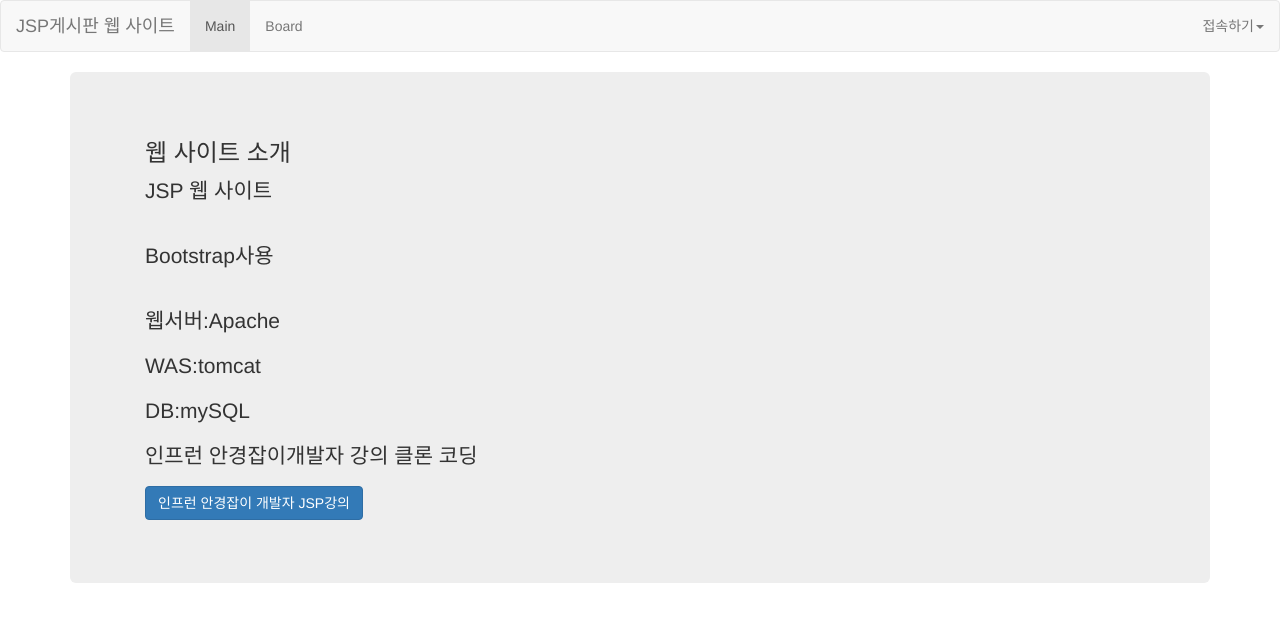
Repository: kwonsye/JSP_Board
Page: http://localhost/BBS/main.jsp
These files come from the project's save history. The page is drawn as it stood at one moment and after the next save; the edit follows.
The browser window is 1280 px wide. The pictures show the whole page.
Some web libraries are served in a nearby version. The page is served by Tomcat 9. Other server files are loaded and not shown.

Above is the page before, as saved 2019-01-06 15:55:48.

### projects/BBS/WebContent/main.jsp
<%@ page language="java" contentType="text/html; charset=UTF-8"
    pageEncoding="UTF-8"%>
<%@ page import="java.io.PrintWriter" %>
<!DOCTYPE html>
<html>
<head>
<meta http-equiv="Content-Type" content="text/html; charset=UTF-8">
<!-- Bootstrap참조하는 부분 -->
<meta name="viewport" content="width=device-width" initial-scale="1">
<link rel="stylesheet" href="css/bootstrap.css">
<title>메인 페이지 테스트</title>
</head>
<body>

	<%
		//로그인이 된 사람이라면
		String userID = null;
		if(session.getAttribute("userID") != null){
			userID = (String) session.getAttribute("userID");
		}
	%>
	<!-- 자바스크립트 파일 추가 -->
	<script src="https://code.jquery.com/jquery-3.1.1.min.js"></script>
	<script src="js/bootstrap.js"></script>
	<!-- 네비게이션 메뉴바 달기 -->
	<nav class="navbar navbar-default">
		<div class="navbar-header">
			<button type="button" class="navbar-toggle collapsed"
				data-toggle="collapse" data-target="#bs-example-navbar-collapse-1"
				aria-expanded="false">
				<span class="icon-bar"></span>
				<span class="icon-bar"></span>
				<span class="icon-bar"></span>
			</button>
			<a class="navbar-brand" href="main.jsp">JSP게시판 웹 사이트</a>
		</div>
		<div class="collapse navbar-collapse" id="bs-example-navbar-collapse-1">
			<ul class="nav navbar-nav">
				<li class="active"><a href="main.jsp">Main</a></li>
				<li><a href="bbs.jsp">Board</a></li>
			</ul>
			<%
				//로그인이 된 상태가 아닐 떄만 접속하기가 보이게 한다.
				if(userID == null){
			%>
			<ul class="nav navbar-nav navbar-right">
				<li class="dropdown">
					<a href="#" class="dropdown-toggle" data-toggle="dropdown" role="button" aria-haspopup="true"
						aria-expanded="false">접속하기<span class="caret"></span></a>
					<ul class="dropdown-menu">
						<li><a href="login.jsp">로그인</a></li>
						<li><a href="join.jsp">회원가입</a></li>
					</ul>
				</li>
			</ul>
			<%
			//로그인이 된 사람만 볼 수 있는 화면
				}else{
			%>
			<ul class="nav navbar-nav navbar-right">
				<li class="dropdown">
					<a href="#" class="dropdown-toggle" data-toggle="dropdown" role="button" aria-haspopup="true"
						aria-expanded="false">회원관리<span class="caret"></span></a>
					<ul class="dropdown-menu">
						<li><a href="logoutAction.jsp">로그아웃</a></li>
					</ul>
				</li>
			</ul>
			<%
				}
			%>

		</div>
	</nav>

	<!-- 웹사이트를 소개하는 부분 -->
	<div class="container">
		<div class="jumbotron">
			<div class="container">
				<h3>웹 사이트 소개</h3>
				<p>JSP 웹 사이트</p><br>
				<p>Bootstrap사용</p><br>
				<p>웹서버:Apache</p>
				<p>WAS:tomcat</p>
				<p>DB:mySQL</p>
				<p>인프런 안경잡이개발자 강의 클론 코딩</p>
				<p><a class="btn btn-primary btn-pull" href="https://www.inflearn.com/course/jsp-게시판" role="button">인프런 안경잡이 개발자 JSP강의</a></p>

			</div>
		</div>
	</div>

</body>
</html>

Loaded but not shown: projects/BBS/WebContent/css/bootstrap.css (library); projects/BBS/WebContent/js/bootstrap.js (library)

After the next save:
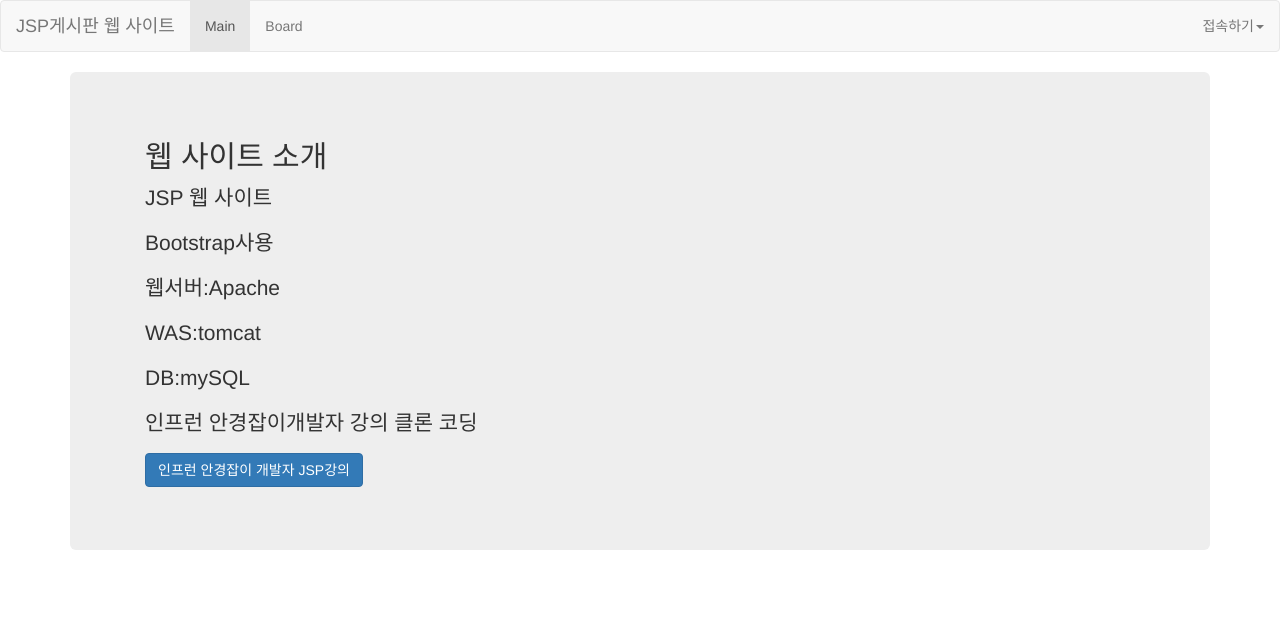
Saved 45 s later.
--- a/projects/BBS/WebContent/main.jsp
+++ b/projects/BBS/WebContent/main.jsp
@@ -77,9 +77,9 @@
 	<div class="container">
 		<div class="jumbotron">
 			<div class="container">
-				<h3>웹 사이트 소개</h3>
-				<p>JSP 웹 사이트</p><br>
-				<p>Bootstrap사용</p><br>
+				<h2>웹 사이트 소개</h2>
+				<p>JSP 웹 사이트</p>
+				<p>Bootstrap사용</p>
 				<p>웹서버:Apache</p>
 				<p>WAS:tomcat</p>
 				<p>DB:mySQL</p>
